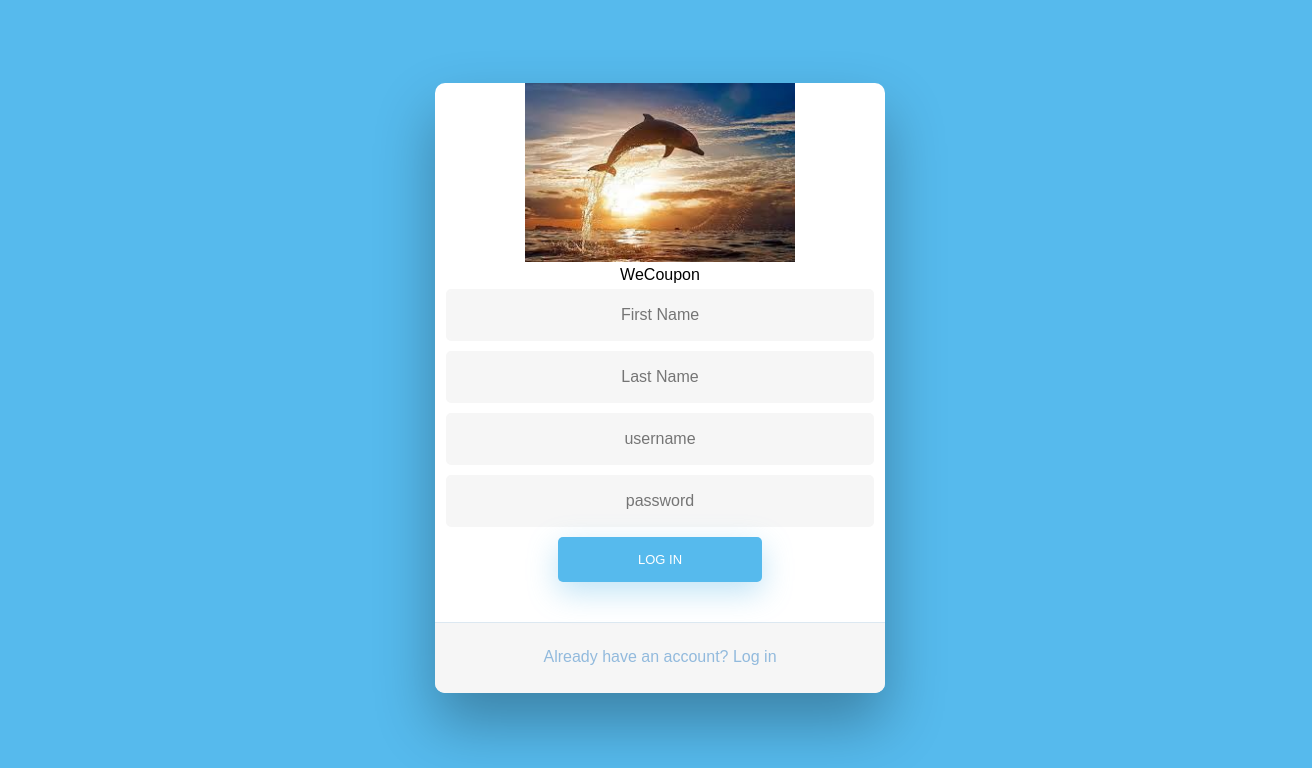
Repository: XUXiangCUHK/WeCoupon
Page: templates/signup.html
The author's editor kept a copy of each file at every save. The page is drawn from the files as they stood at one save, then again after the next save.
The browser window is 1280 px wide. The page is 1312 px wide, so the pictures cover 1312 px, including what lies to the right of the window. The pictures show the whole page.

Above is the page before, as saved 2021-02-27 14:34:32.

After the next save:
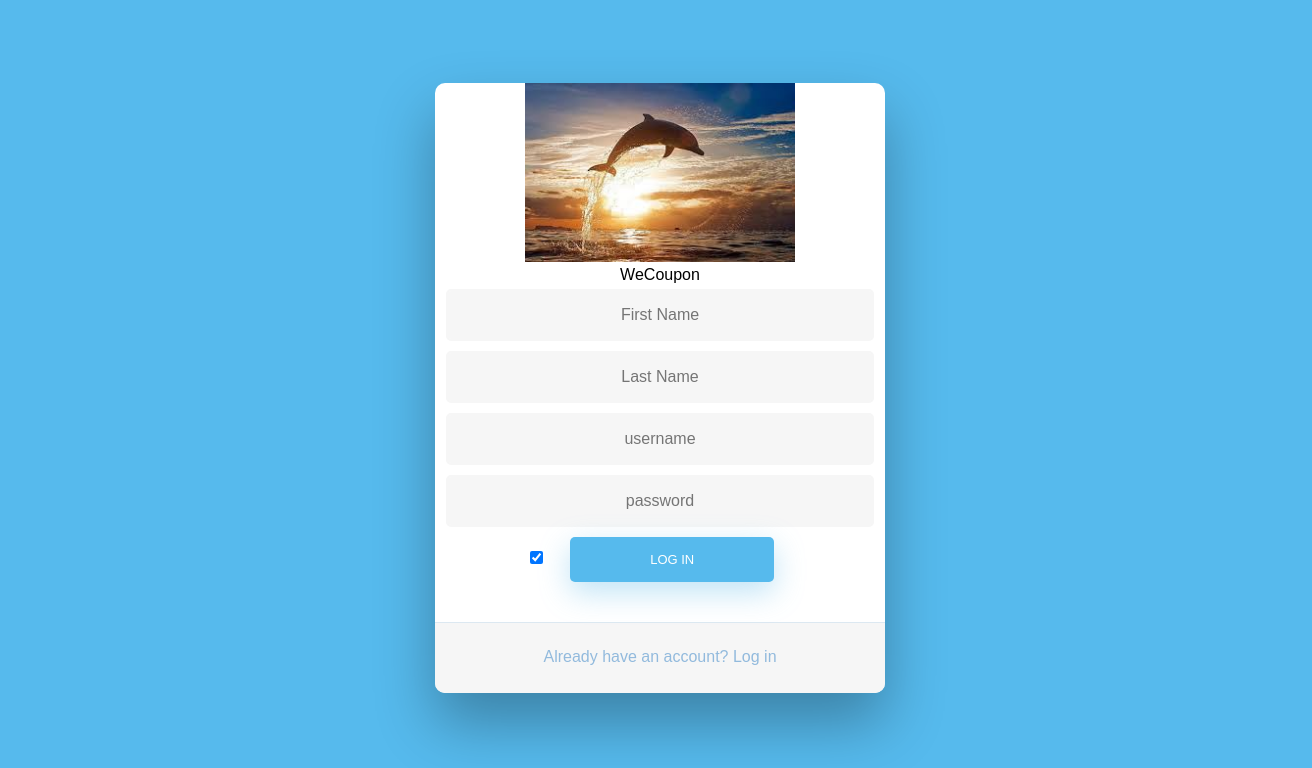
Saved 5 min 55 s later.
--- a/templates/signup.html
+++ b/templates/signup.html
@@ -22,16 +22,17 @@
             WeCoupon
           </div>
 
-          <!-- Login Form -->
-          <form id="form_id" method="POST">
-            <input type="text" id="first_name" class="fadeIn second" name="login" placeholder="First Name">
-            <input type="text" id="last_name" class="fadeIn second" name="login" placeholder="Last Name">
-            <input type="text" id="username" class="fadeIn second" name="login" placeholder="username">
-            <input type="text" id="password" class="fadeIn third" name="login" placeholder="password">
+          <!-- Signup Form -->
+          <form id="signup_form_id" method="POST">
+            <input type="text" id="first_name" class="fadeIn second" name="signup" placeholder="First Name">
+            <input type="text" id="last_name" class="fadeIn second" name="signup" placeholder="Last Name">
+            <input type="text" id="username" class="fadeIn second" name="signup" placeholder="username">
+            <input type="text" id="password" class="fadeIn third" name="signup" placeholder="password">
+            <input type="checkbox" name="signup" value="any_value" checked>
             <input type="submit" class="fadeIn fourth" value="Log In" onclick="return processform();">
           </form>
 
-          <!-- Remind Passowrd -->
+          <!-- Log in -->
           <div id="formFooter">
             <a class="underlineHover" href="login.html">Already have an account? Log in</a>
           </div>
